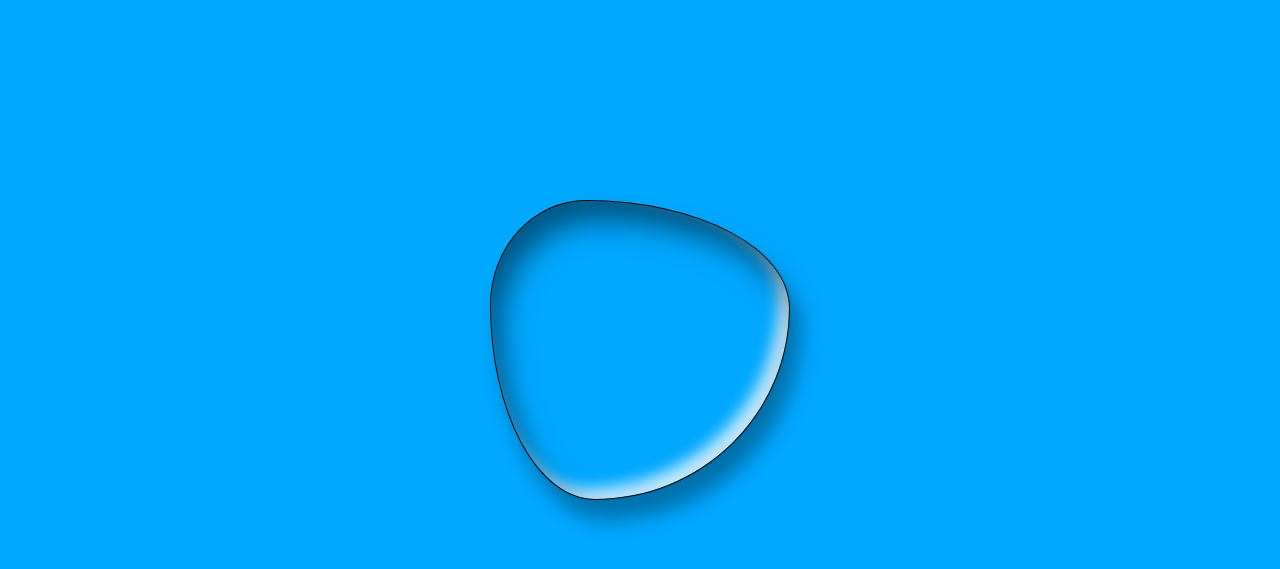
Repository: BlackCat328/CSS_Animation
Page: 52.水滴特效/demo.html
These files come from the project's save history. The page is drawn as it stood at one moment and after the next save; the edit follows.
The browser window is 1280 px wide. The pictures show the whole page.

Above is the page before, as saved 2022-10-31 23:55:37.

After the next save:
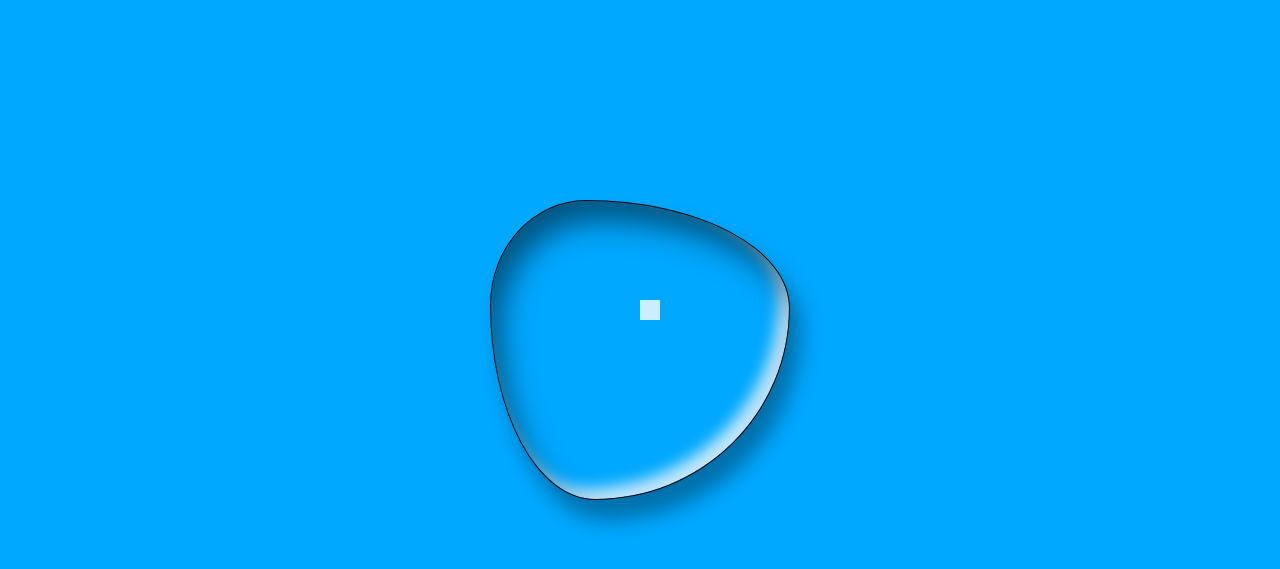
Saved 4 s later.
--- a/52.水滴特效/demo.css
+++ b/52.水滴特效/demo.css
@@ -31,5 +31,5 @@
     position: absolute;
     top: 300px;
     left: 50%;
-    background-color: ;
+    background-color: rgba(255, 255, 255, 0.8);
 }
